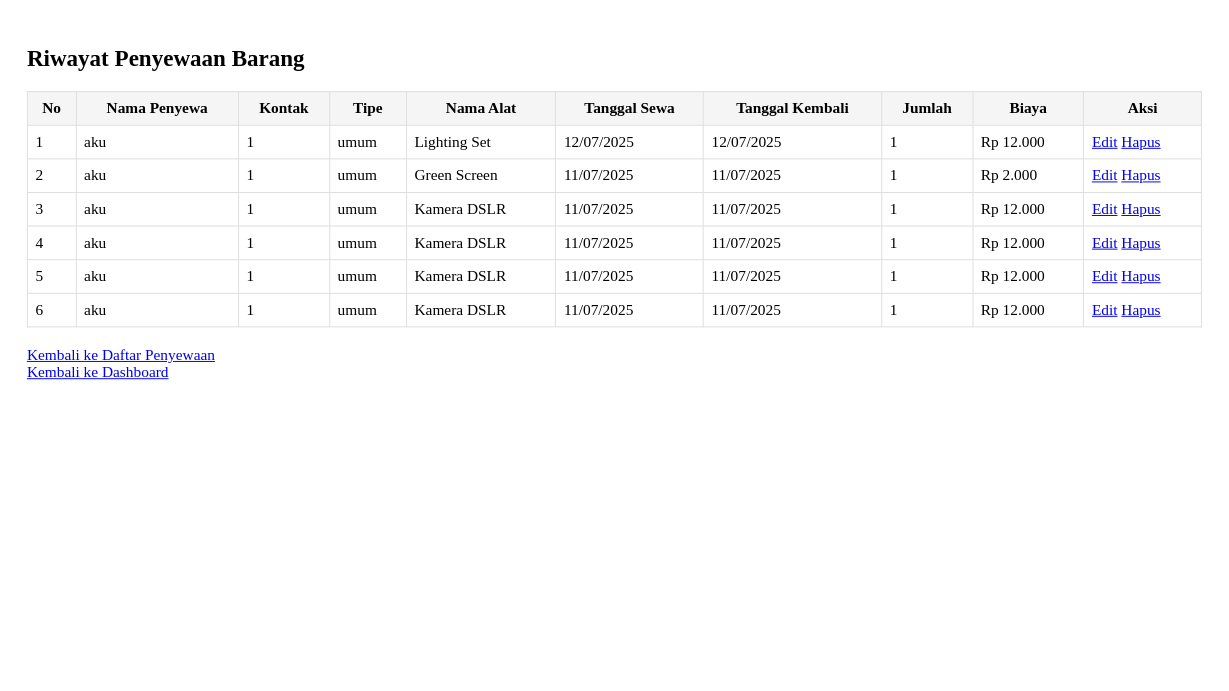
Repository: fatkquladhim/multimedia_app
Page: http://localhost/admin/penyewaan/riwayat-penyewaan-barang.php
The author's editor kept a copy of each file at every save. The page is drawn from the files as they stood at one save, then again after the next save.
The browser window is 1280 px wide. The pictures show the whole page, at 96% of full size.
Some web libraries are served in a nearby version. The page is run by PHP 8.4 with error messages shown; the project is at /var/www/html/. The session is filled in as if someone had signed in: {"user_id": 2, "username": "asep", "role": "admin"}. Other server files are loaded and not shown. The database holds what the project's SQL file puts in it.

Above is the page before, as saved 2025-07-18 23:02:45.

### admin/penyewaan/riwayat-penyewaan-barang.php
<?php
session_start();
if (!isset($_SESSION['user_id']) || $_SESSION['role'] !== 'admin') {
    header('Location: ../../auth/login.php');
    exit;
}

require_once '../../includes/db_config.php';
$conn = new mysqli(DB_HOST, DB_USER, DB_PASS, DB_NAME);

// Ambil riwayat penyewaan
$query = "SELECT sb.*, a.nama as nama_anggota, al.nama_alat as nama_alat,
          CASE
              WHEN sb.tipe_penyewa = 'umum' THEN sb.nama_penyewa
              ELSE a.nama
          END as nama_penyewa,
          CASE
              WHEN sb.tipe_penyewa = 'umum' THEN sb.kontak_penyewa
              ELSE '-'
          END as kontak
          FROM penyewaan_barang sb
          LEFT JOIN anggota a ON sb.id_anggota = a.id
          LEFT JOIN alat al ON sb.id_alat = al.id
          WHERE sb.status = 'dikembalikan'
          ORDER BY sb.tanggal_kembali DESC";
$result = $conn->query($query);
?>

<!DOCTYPE html>
<html>
<head>
    <title>Riwayat Penyewaan Barang</title>
    <style>
        .container { padding: 20px; }
        .table-container { margin: 20px 0; }
        table { width: 100%; border-collapse: collapse; }
        th, td { padding: 8px; border: 1px solid #ddd; }
        th { background-color: #f5f5f5; }
        .alert { padding: 10px; margin-bottom: 10px; border-radius: 4px; }
        .alert-success { background-color: #d4edda; color: #155724; }
        .alert-danger { background-color: #f8d7da; color: #721c24; }
    </style>
</head>
<body>
    <div class="container">
        <h2>Riwayat Penyewaan Barang</h2>

        <?php if (isset($_GET['status']) && isset($_GET['message'])): ?>
            <div class="alert alert-<?php echo $_GET['status'] === 'success' ? 'success' : 'danger'; ?>">
                <?php echo htmlspecialchars($_GET['message']); ?>
            </div>
        <?php endif; ?>

        <div class="table-container">
            <table>
                <thead>
                    <tr>
                        <th>No</th>
                        <th>Nama Penyewa</th>
                        <th>Kontak</th>
                        <th>Tipe</th>
                        <th>Nama Alat</th>
                        <th>Tanggal Sewa</th>
                        <th>Tanggal Kembali</th>
                        <th>Jumlah</th>
                        <th>Biaya</th>
                        <th>Aksi</th>
                    </tr>
                </thead>
                <tbody>
                    <?php
                    $no = 1;
                    while($row = $result->fetch_assoc()):
                    ?>
                    <tr>
                        <td><?php echo $no++; ?></td>
                        <td><?php echo htmlspecialchars($row['nama_penyewa']); ?></td>
                        <td><?php echo htmlspecialchars($row['kontak']); ?></td>
                        <td><?php echo htmlspecialchars($row['tipe_penyewa']); ?></td>
                        <td><?php echo htmlspecialchars($row['nama_alat']); ?></td>
                        <td><?php echo date('d/m/Y', strtotime($row['tanggal_sewa'])); ?></td>
                        <td><?php echo $row['tanggal_kembali'] ? date('d/m/Y', strtotime($row['tanggal_kembali'])) : '-'; ?></td>
                        <td><?php echo $row['jumlah']; ?></td>
                        <td>Rp <?php echo number_format($row['biaya'], 0, ',', '.'); ?></td>
                        <td>
                           <a href="edit-barang-penyewaan.php?id=<?php echo $row['id']; ?>">Edit</a>
                        <a href="hapus-penyewaan.php?id=<?php echo $row['id']; ?>"
                           onclick="return confirm('Apakah Anda yakin ingin menghapus penyewaan ini?')">Hapus</a>
                        </td>
                    </tr>
                    <?php endwhile; ?>
                </tbody>
            </table>
        </div>

        <a href="penyewaan-barang.php">Kembali ke Daftar Penyewaan</a>
        <br>
        <a href="../dashboard.php">Kembali ke Dashboard</a>
    </div>
</body>
</html>

<?php $conn->close(); ?>

### includes/db_config.php
<?php
// Konfigurasi database
define('DB_HOST', 'localhost');
define('DB_USER', 'root'); // ganti jika user database Anda berbeda
define('DB_PASS', '');     // ganti jika ada password database
define('DB_NAME', 'db_multimedia'); // nama database
?>

### db_multimedia (2).sql (the tables this page reads)
CREATE TABLE `alat` (
  `id` int(11) NOT NULL,
  `nama_alat` varchar(100) NOT NULL,
  `jumlah` int(11) DEFAULT 0,
  `kondisi` varchar(50) DEFAULT NULL
) ENGINE=InnoDB DEFAULT CHARSET=utf8mb4 COLLATE=utf8mb4_general_ci;

INSERT INTO `alat` (`id`, `nama_alat`, `jumlah`, `kondisi`) VALUES
(2, 'sapu', 1, 'Baik'),
(3, 'Kamera DSLR', 1, 'Baik'),
(4, 'Tripod', 8, 'Baik'),
(5, 'Lighting Set', 1, 'Baik'),
(6, 'Microphone', 2, 'Baik'),
(7, 'Green Screen', 0, 'Baik');

ALTER TABLE `alat`
  ADD PRIMARY KEY (`id`);

ALTER TABLE `alat`
  MODIFY `id` int(11) NOT NULL AUTO_INCREMENT, AUTO_INCREMENT=9;

CREATE TABLE `anggota` (
  `id` int(11) NOT NULL,
  `nama` varchar(255) NOT NULL,
  `foto` varchar(255) NOT NULL,
  `alamat` text NOT NULL,
  `email` varchar(255) NOT NULL,
  `no_hp` varchar(15) NOT NULL,
  `id_user` int(11) NOT NULL
) ENGINE=InnoDB DEFAULT CHARSET=utf8mb4 COLLATE=utf8mb4_general_ci;

INSERT INTO `anggota` (`id`, `nama`, `foto`, `alamat`, `email`, `no_hp`, `id_user`) VALUES
(21, 'adhim1', 'Feed IG Zapen (Harlah).jpg', 'maloang', 'fatquladhim@gmail.com', '8925489', 21);

ALTER TABLE `anggota`
  ADD PRIMARY KEY (`id`),
  ADD KEY `id_user` (`id_user`);

ALTER TABLE `anggota`
  MODIFY `id` int(11) NOT NULL AUTO_INCREMENT, AUTO_INCREMENT=23;

ALTER TABLE `anggota`
  ADD CONSTRAINT `anggota_ibfk_1` FOREIGN KEY (`id_user`) REFERENCES `users` (`id`) ON DELETE CASCADE;

CREATE TABLE `penyewaan_barang` (
  `id` int(11) NOT NULL,
  `id_anggota` int(11) DEFAULT NULL,
  `id_alat` int(11) DEFAULT NULL,
  `tanggal_sewa` date DEFAULT NULL,
  `tanggal_kembali` date DEFAULT NULL,
  `jumlah` int(11) DEFAULT NULL,
  `status` enum('disewa','dikembalikan') DEFAULT 'disewa',
  `biaya` decimal(10,2) DEFAULT NULL,
  `tipe_penyewa` enum('anggota','umum') DEFAULT 'anggota',
  `nama_penyewa` varchar(100) DEFAULT NULL,
  `kontak_penyewa` varchar(50) DEFAULT NULL
) ENGINE=InnoDB DEFAULT CHARSET=utf8mb4 COLLATE=utf8mb4_general_ci;

INSERT INTO `penyewaan_barang` (`id`, `id_anggota`, `id_alat`, `tanggal_sewa`, `tanggal_kembali`, `jumlah`, `status`, `biaya`, `tipe_penyewa`, `nama_penyewa`, `kontak_penyewa`) VALUES
(1, NULL, 7, '2025-07-11', '2025-07-11', 1, 'dikembalikan', 2000.00, 'umum', 'aku', '1'),
(2, NULL, 3, '2025-07-11', '2025-07-11', 1, 'dikembalikan', 12000.00, 'umum', 'aku', '1'),
(3, NULL, 3, '2025-07-11', '2025-07-11', 1, 'dikembalikan', 12000.00, 'umum', 'aku', '1'),
(4, NULL, 3, '2025-07-11', '2025-07-11', 1, 'dikembalikan', 12000.00, 'umum', 'aku', '1'),
(5, NULL, 3, '2025-07-11', '2025-07-11', 1, 'dikembalikan', 12000.00, 'umum', 'aku', '1'),
(6, NULL, 5, '2025-07-12', '2025-07-12', 1, 'dikembalikan', 12000.00, 'umum', 'aku', '1');

ALTER TABLE `penyewaan_barang`
  ADD PRIMARY KEY (`id`),
  ADD KEY `id_anggota` (`id_anggota`),
  ADD KEY `id_alat` (`id_alat`);

ALTER TABLE `penyewaan_barang`
  MODIFY `id` int(11) NOT NULL AUTO_INCREMENT, AUTO_INCREMENT=8;

ALTER TABLE `penyewaan_barang`
  ADD CONSTRAINT `penyewaan_barang_ibfk_1` FOREIGN KEY (`id_anggota`) REFERENCES `anggota` (`id`),
  ADD CONSTRAINT `penyewaan_barang_ibfk_2` FOREIGN KEY (`id_alat`) REFERENCES `alat` (`id`);

### admin/header.php
    <?php
    // includes/header.php
    // Pastikan session sudah dimulai di file yang meng-include ini
    ?>
    <!DOCTYPE html>
    <html lang="en">
    <head>
        <meta charset="UTF-8">
        <meta name="viewport" content="width=device-width, initial-scale=1.0">
        <title>Admin Dashboard</title> <!-- Sesuaikan judul per halaman -->
        <script src="https://cdn.tailwindcss.com"></script>
        <link href="https://cdnjs.cloudflare.com/ajax/libs/font-awesome/6.0.0/css/all.min.css" rel="stylesheet">
        <script>
            tailwind.config = {
                darkMode: 'class',
                theme: {
                    extend: {
                        colors: {
                            'light-blue': {
                                50: '#f0f9ff',
                                100: '#e0f2fe',
                                200: '#bae6fd',
                                300: '#7dd3fc',
                                400: '#38bdf8',
                                500: '#0ea5e9',
                                600: '#0284c7',
                                700: '#0369a1',
                                800: '#075985',
                                900: '#0c4a6e'
                            }
                        }
                    }
                }
            }
        </script>
        <style>
            /* Styles from dashboard.php */
            .sidebar {
                transition: all 0.4s cubic-bezier(0.4, 0, 0.2, 1);
            }
            .main-content-area {
                transition: all 0.4s cubic-bezier(0.4, 0, 0.2, 1);
            }
            .sidebar-nav-item {
                transition: all 0.3s ease-in-out;
            }
            .dark-mode-transition {
                transition: background-color 0.3s ease, color 0.3s ease;
            }
            .gradient-bg {
                background: linear-gradient(135deg, #e0f2fe 0%, #bae6fd 100%);
            }
            .dark .gradient-bg {
                background: linear-gradient(135deg, #1e293b 0%, #334155 100%);
            }
            .glass-effect {
                backdrop-filter: blur(10px);
                background: rgba(255, 255, 255, 0.9);
            }
            .dark .glass-effect {
                background: rgba(30, 41, 59, 0.9);
            }
            .hover-scale {
                transition: transform 0.2s ease;
            }
            .hover-scale:hover {
                transform: scale(1.02);
            }
            .animate-fade-in {
                animation: fadeIn 0.5s ease-in-out;
            }
            @keyframes fadeIn {
                from {
                    opacity: 0;
                    transform: translateY(10px);
                }
                to {
                    opacity: 1;
                    transform: translateY(0);
                }
            }
            .mobile-menu {
                transform: translateX(-100%);
                transition: transform 0.3s ease;
            }
            .mobile-menu.active {
                transform: translateX(0);
            }
            @media (max-width: 768px) {
                .sidebar {
                    position: fixed;
                    top: 0;
                    left: 0;
                    height: 100vh;
                    z-index: 50;
                    transform: translateX(-100%);
                }
                .sidebar.active {
                    transform: translateX(0);
                }
                .sidebar-overlay {
                    position: fixed;
                    top: 0;
                    left: 0;
                    width: 100%;
                    height: 100%;
                    background: rgba(0, 0, 0, 0.5);
                    z-index: 40;
                    opacity: 0;
                    visibility: hidden;
                    transition: all 0.3s ease;
                }
                .sidebar-overlay.active {
                    opacity: 1;
                    visibility: visible;
                }
            }
            /* Specific styles for forms/tables if needed */
            table { width: 100%; border-collapse: collapse; margin-top: 20px; }
            th, td { padding: 8px; border: 1px solid #ddd; text-align: left; }
            th { background-color: #f2f2f2; }
            .alert { padding: 10px; margin-bottom: 15px; border-radius: 4px; }
            .alert-success { background-color: #d4edda; color: #155724; border: 1px solid #c3e6cb; }
            .alert-error, .alert-danger { background-color: #f8d7da; color: #721c24; border: 1px solid #f5c6cb; }
            .form-group { margin-bottom: 10px; }
            input[type="text"], input[type="email"], input[type="password"], input[type="number"], input[type="date"], input[type="time"], select, textarea {
                width: 100%; max-width: 300px; padding: 8px; border: 1px solid #ccc; border-radius: 4px; box-sizing: border-box;
            }
            button { padding: 10px 15px; background-color: #0ea5e9; color: white; border: none; border-radius: 4px; cursor: pointer; }
            button:hover { background-color: #0284c7; }
            a { text-decoration: none; color: #007bff; }
            a:hover { text-decoration: underline; }
        </style>
    </head>
    <body class="gradient-bg dark-mode-transition">
        <div id="sidebarOverlay" class="sidebar-overlay md:hidden"></div>
        <div class="min-h-screen flex">
            <!-- Sidebar -->
            <?php include 'sidebar.php'; ?>
            <!-- Main Content Area -->
            <div id="mainContentArea" class="flex-1 flex flex-col main-content-area">
                <!-- Header -->
                <header class="bg-white dark:bg-slate-800 shadow-sm p-4 md:p-6 glass-effect">
                    <div class="flex items-center justify-between">
                        <div class="flex items-center space-x-4">
                            <button id="mobileMenuToggle" class="md:hidden p-2 text-gray-600 dark:text-gray-300 hover:text-gray-800 dark:hover:text-white focus:outline-none">
                                <i class="fas fa-bars text-xl"></i>
                            </button>
                            <button id="sidebarToggle" class="hidden md:block p-2 text-gray-600 dark:text-gray-300 hover:text-gray-800 dark:hover:text-white focus:outline-none">
                                <i class="fas fa-bars text-xl"></i>
                            </button>
                            <div class="hidden md:block">
                                <h1 class="text-xl md:text-2xl font-bold text-gray-800 dark:text-white">
                                    <?php echo basename($_SERVER['PHP_SELF'], '.php'); ?> <!-- Dynamic title -->
                                </h1>
                            </div>
                        </div>
                        <div class="flex items-center space-x-2 md:space-x-4">
                            <button id="darkModeToggle" class="p-2 text-gray-600 dark:text-gray-300 hover:text-gray-800 dark:hover:text-white focus:outline-none">
                                <i class="fas fa-moon text-xl dark:hidden"></i>
                                <i class="fas fa-sun text-xl hidden dark:block"></i>
                            </button>
                            <button class="p-2 text-gray-600 dark:text-gray-300 hover:text-gray-800 dark:hover:text-white">
                                <i class="fas fa-bell text-xl"></i>
                            </button>
                            <div class="w-8 h-8 md:w-10 md:h-10 bg-light-blue-300 rounded-full overflow-hidden">
                                <img src="https://via.placeholder.com/40x40" alt="Profile" class="w-full h-full object-cover">
                            </div>
                        </div>
                    </div>
                </header>
                <main class="flex-1 p-4 md:p-6">

### admin/sidebar.php
    <?php
    // includes/sidebar.php
    // Pastikan session sudah dimulai di file yang meng-include ini
    // if (!isset($_SESSION['user_id']) || $_SESSION['role'] !== 'admin') {
    //     header('Location: ../auth/login.php');
    //     exit;
    // }
    ?>
    <div id="sidebar" class="w-64 bg-white dark:bg-slate-800 shadow-xl flex-shrink-0 sidebar transition-all duration-300 overflow-hidden glass-effect">
        <div class="p-4 flex items-center justify-between border-b border-light-blue-100 dark:border-slate-700">
            <div class="flex items-center space-x-3">
                <div class="w-10 h-10 bg-light-blue-500 rounded-lg flex items-center justify-center">
                    <i class="fas fa-home text-white text-xl"></i>
                </div>
                <h1 class="text-xl font-bold text-gray-800 dark:text-white">Multimedia</h1>
            </div>
            <button id="closeSidebar" class="md:hidden p-2 text-gray-500 hover:text-gray-700 dark:text-gray-400 dark:hover:text-gray-200">
                <i class="fas fa-times"></i>
            </button>
        </div>

        <nav class="mt-6 px-4">
            <div class="space-y-2">
                <a href="../dashboard.php" class="flex items-center px-4 py-3 text-light-blue-600 bg-light-blue-50 dark:bg-light-blue-900 dark:text-light-blue-300 rounded-lg sidebar-nav-item hover-scale">
                    <i class="fas fa-tachometer-alt w-5 h-5 mr-3"></i>
                    <span class="font-medium">Dashboard</span>
                </a>

                <a href="../anggota/anggota.php" class="flex items-center px-4 py-3 text-gray-600 dark:text-gray-300 hover:text-light-blue-600 dark:hover:text-light-blue-400 hover:bg-light-blue-50 dark:hover:bg-slate-700 rounded-lg sidebar-nav-item hover-scale">
                    <i class="fas fa-users w-5 h-5 mr-3"></i>
                    <span class="font-medium">Manajemen Anggota</span>
                </a>

                <a href="../daftar alat/daftar-alat.php" class="flex items-center px-4 py-3 text-gray-600 dark:text-gray-300 hover:text-light-blue-600 dark:hover:text-light-blue-400 hover:bg-light-blue-50 dark:hover:bg-slate-700 rounded-lg sidebar-nav-item hover-scale">
                    <i class="fas fa-tools w-5 h-5 mr-3"></i>
                    <span class="font-medium">Manajemen Alat</span>
                </a>

                <a href="../peminjaman/peminjaman-barang.php" class="flex items-center px-4 py-3 text-gray-600 dark:text-gray-300 hover:text-light-blue-600 dark:hover:text-light-blue-400 hover:bg-light-blue-50 dark:hover:bg-slate-700 rounded-lg sidebar-nav-item hover-scale">
                    <i class="fas fa-handshake w-5 h-5 mr-3"></i>
                    <span class="font-medium">Peminjaman Barang</span>
                </a>

                <a href="../penyewaan/penyewaan-barang.php" class="flex items-center px-4 py-3 text-gray-600 dark:text-gray-300 hover:text-light-blue-600 dark:hover:text-light-blue-400 hover:bg-light-blue-50 dark:hover:bg-slate-700 rounded-lg sidebar-nav-item hover-scale">
                    <i class="fas fa-cash-register w-5 h-5 mr-3"></i>
                    <span class="font-medium">Penyewaan Barang</span>
                </a>

                <a href="../legalisasi laptop/legalisasi_list.php" class="flex items-center px-4 py-3 text-gray-600 dark:text-gray-300 hover:text-light-blue-600 dark:hover:text-light-blue-400 hover:bg-light-blue-50 dark:hover:bg-slate-700 rounded-lg sidebar-nav-item hover-scale">
                    <i class="fas fa-laptop w-5 h-5 mr-3"></i>
                    <span class="font-medium">Legalisasi Laptop</span>
                </a>
            </div>

            <div class="mt-8 mb-4">
                <h3 class="px-4 text-xs font-semibold text-gray-500 dark:text-gray-400 uppercase tracking-wider">
                    Tugas & Izin
                </h3>
            </div>

            <div class="space-y-2">
                <a href="../beri tugas/beri_tugas_form.php" class="flex items-center px-4 py-3 text-gray-600 dark:text-gray-300 hover:text-light-blue-600 dark:hover:text-light-blue-400 hover:bg-light-blue-50 dark:hover:bg-slate-700 rounded-lg sidebar-nav-item hover-scale">
                    <i class="fas fa-clipboard-list w-5 h-5 mr-3"></i>
                    <span class="font-medium">Beri Tugas</span>
                </a>

                <a href="../beri tugas/tugas_selesai_riwayat.php" class="flex items-center px-4 py-3 text-gray-600 dark:text-gray-300 hover:text-light-blue-600 dark:hover:text-light-blue-400 hover:bg-light-blue-50 dark:hover:bg-slate-700 rounded-lg sidebar-nav-item hover-scale">
                    <i class="fas fa-check-double w-5 h-5 mr-3"></i>
                    <span class="font-medium">Riwayat Tugas</span>
                </a>

                <a href="../izin_malam/izin-malam.php" class="flex items-center px-4 py-3 text-gray-600 dark:text-gray-300 hover:text-light-blue-600 dark:hover:text-light-blue-400 hover:bg-light-blue-50 dark:hover:bg-slate-700 rounded-lg sidebar-nav-item hover-scale">
                    <i class="fas fa-moon w-5 h-5 mr-3"></i>
                    <span class="font-medium">Izin Malam</span>
                </a>

                <a href="../izin_nugas/izin-nugas.php" class="flex items-center px-4 py-3 text-gray-600 dark:text-gray-300 hover:text-light-blue-600 dark:hover:text-light-blue-400 hover:bg-light-blue-50 dark:hover:bg-slate-700 rounded-lg sidebar-nav-item hover-scale">
                    <i class="fas fa-book-open w-5 h-5 mr-3"></i>
                    <span class="font-medium">Izin Nugas</span>
                </a>
            </div>

            <div class="mt-8 mb-4">
                <h3 class="px-4 text-xs font-semibold text-gray-500 dark:text-gray-400 uppercase tracking-wider">
                    Keuangan
                </h3>
            </div>

            <div class="space-y-2">
                <a href="../uang masuk/masuk.php" class="flex items-center px-4 py-3 text-gray-600 dark:text-gray-300 hover:text-light-blue-600 dark:hover:text-light-blue-400 hover:bg-light-blue-50 dark:hover:bg-slate-700 rounded-lg sidebar-nav-item hover-scale">
                    <i class="fas fa-money-bill-alt w-5 h-5 mr-3"></i>
                    <span class="font-medium">Uang Masuk</span>
                </a>

                <a href="../uang keluar/keluar.php" class="flex items-center px-4 py-3 text-gray-600 dark:text-gray-300 hover:text-light-blue-600 dark:hover:text-light-blue-400 hover:bg-light-blue-50 dark:hover:bg-slate-700 rounded-lg sidebar-nav-item hover-scale">
                    <i class="fas fa-money-bill-wave w-5 h-5 mr-3"></i>
                    <span class="font-medium">Uang Keluar</span>
                </a>
            </div>

            <div class="mt-8 mb-4">
                <h3 class="px-4 text-xs font-semibold text-gray-500 dark:text-gray-400 uppercase tracking-wider">
                    Akun
                </h3>
            </div>

            <div class="space-y-2">
                <a href="../auth/logout.php" class="flex items-center px-4 py-3 text-red-600 dark:text-red-400 hover:text-red-700 dark:hover:text-red-300 hover:bg-red-50 dark:hover:bg-red-900 rounded-lg sidebar-nav-item hover-scale">
                    <i class="fas fa-sign-out-alt w-5 h-5 mr-3"></i>
                    <span class="font-medium">Logout</span>
                </a>
            </div>
        </nav>
    </div>

After the next save:
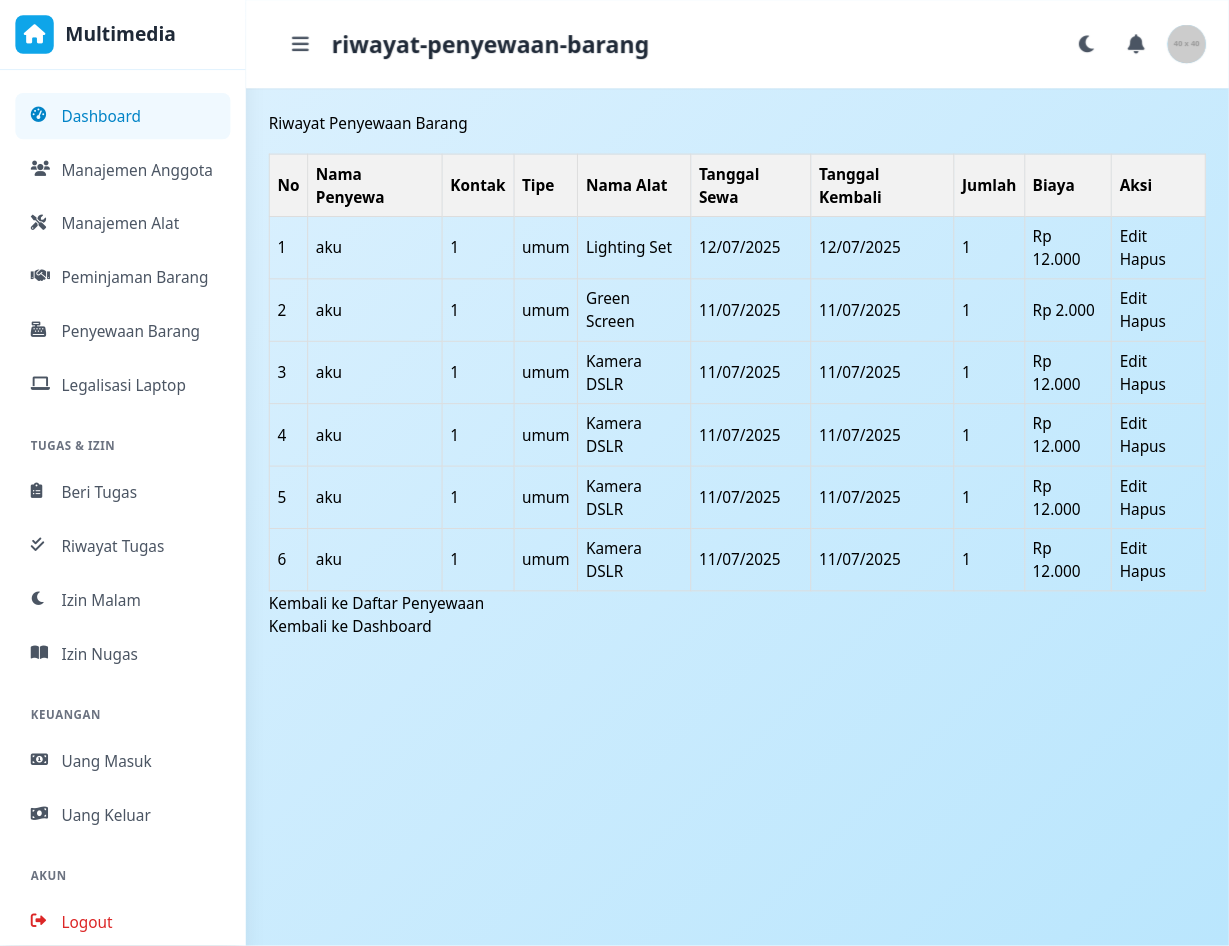
Saved 17 s later.
--- a/admin/penyewaan/riwayat-penyewaan-barang.php
+++ b/admin/penyewaan/riwayat-penyewaan-barang.php
@@ -24,24 +24,9 @@ $query = "SELECT sb.*, a.nama as nama_anggota, al.nama_alat as nama_alat,
           WHERE sb.status = 'dikembalikan'
           ORDER BY sb.tanggal_kembali DESC";
 $result = $conn->query($query);
+include '../header.php'; // Path relatif dari 'anggota/'
 ?>
 
-<!DOCTYPE html>
-<html>
-<head>
-    <title>Riwayat Penyewaan Barang</title>
-    <style>
-        .container { padding: 20px; }
-        .table-container { margin: 20px 0; }
-        table { width: 100%; border-collapse: collapse; }
-        th, td { padding: 8px; border: 1px solid #ddd; }
-        th { background-color: #f5f5f5; }
-        .alert { padding: 10px; margin-bottom: 10px; border-radius: 4px; }
-        .alert-success { background-color: #d4edda; color: #155724; }
-        .alert-danger { background-color: #f8d7da; color: #721c24; }
-    </style>
-</head>
-<body>
     <div class="container">
         <h2>Riwayat Penyewaan Barang</h2>
 
